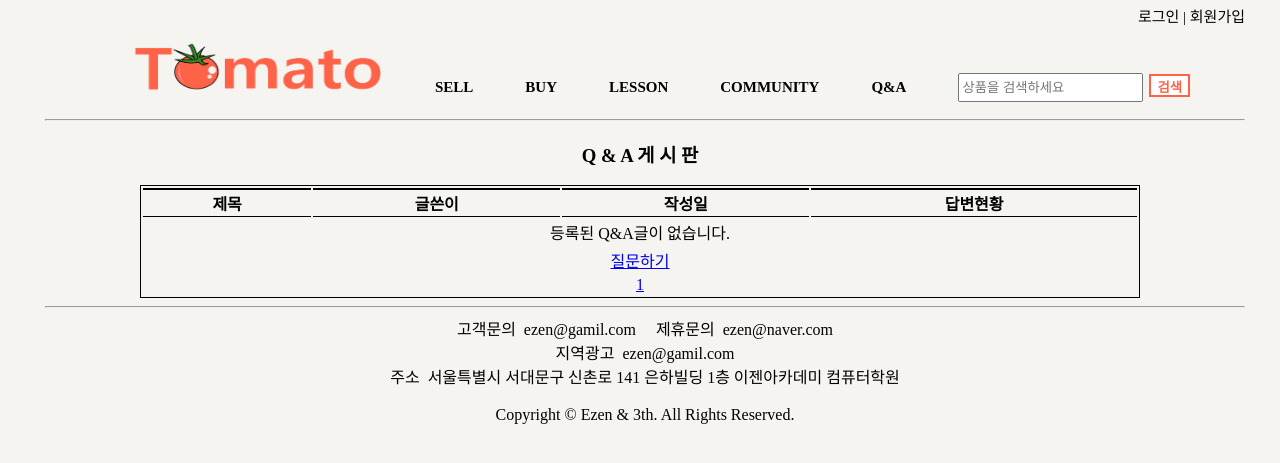
Repository: javadogfoot/semi-project
Page: http://localhost/tomato/qna/qnaList.jsp?cp=1
The author's editor kept a copy of each file at every save. The page is drawn from the files as they stood at one save, then again after the next save.
The browser window is 1280 px wide. The pictures show the whole page.
The page is served by Tomcat 9. Queries for data that is not in the repository find no rows.

Above is the page before, as saved 2021-10-16 05:34:55.

After the next save:
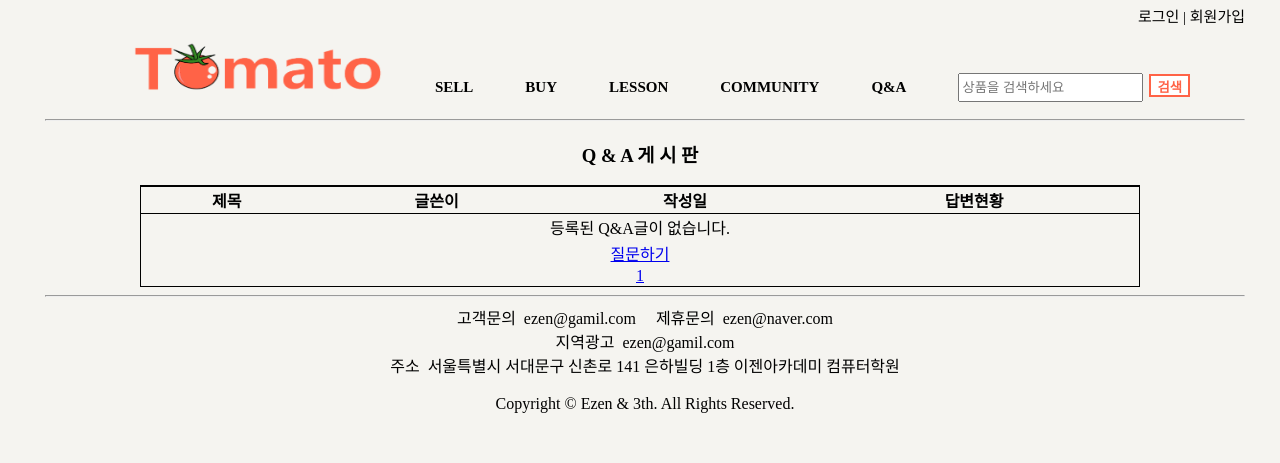
Saved 41 s later.
--- a/semi프로젝트워크스페이스/tomato/src/main/webapp/qna/qnaList.jsp
+++ b/semi프로젝트워크스페이스/tomato/src/main/webapp/qna/qnaList.jsp
@@ -16,7 +16,8 @@ h3{
 #table{
 	margin: 0px auto;
 	width: 1000px;
-	border: 1px solid
+	border: 1px solid;
+	border-collapse: collapse;
 }
 #table th{
 	border-bottom: 1px solid;
